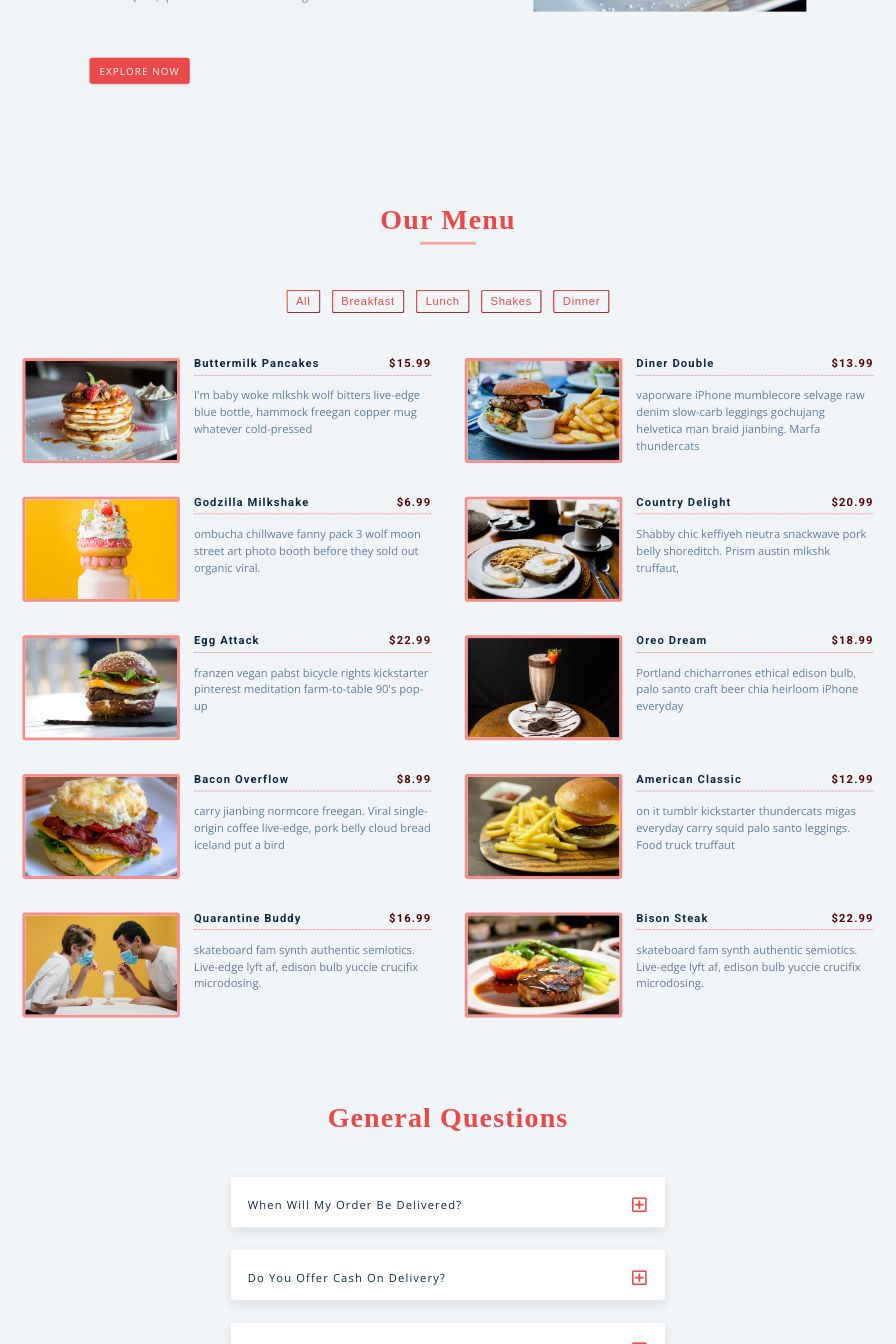
Repository: xoshiraghavx/Food-you
Page: index.html
An editor plug-in stored every save of this project. The page is shown before and after the next save, followed by the edit.
The browser window is 1280 px wide. The pictures show the part of the page from y = 1022 to 2942 px (the page is 3276 px tall before and 3226 px after), at 70% of full size.
Some web libraries are served in a nearby version.

Above is the page before, as saved 2022-12-03 09:17:16.

After the next save:
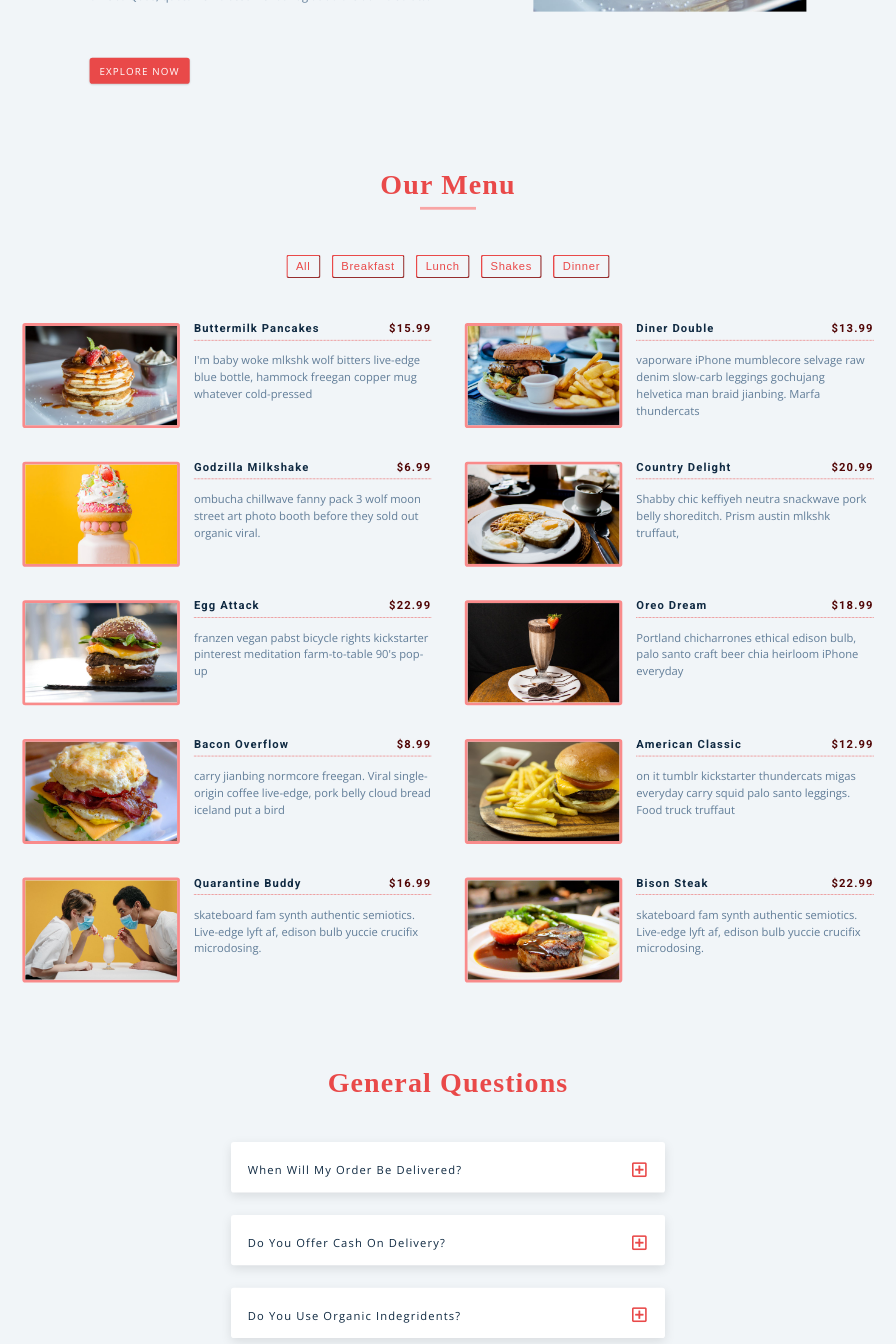
Saved 21 s later.
--- a/styles.css
+++ b/styles.css
@@ -543,7 +543,6 @@ Questions
   width: 80%;
   margin: auto;
   padding-top: 80px;
-  padding-bottom: 50px;
 }
 .about-col img{
   width: 100%;
